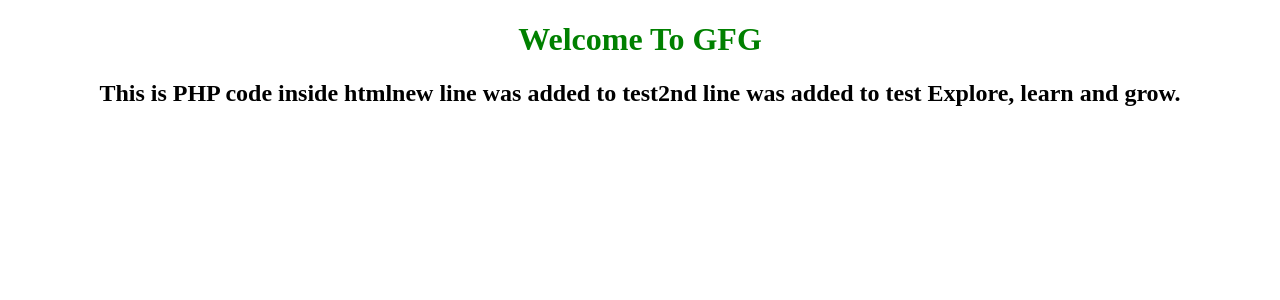
Repository: Ashwin1510/php_projectgh
Page: http://localhost/example.php
An editor plug-in stored every save of this project. The page is shown before and after the next save, followed by the edit.
The browser window is 1280 px wide. The pictures show the whole page.
The page is run by PHP 8.4 with error messages shown; the project is at /var/www/html/.

Above is the page before, as saved 2022-12-14 11:10:16.

After the next save:
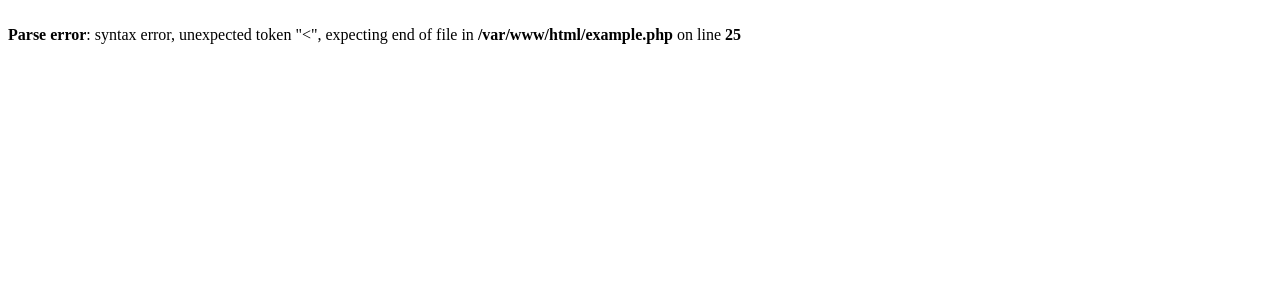
Saved 7 s later.
--- a/example.php
+++ b/example.php
@@ -22,7 +22,7 @@
 			?>
 
            <?php
-
+		      <h1
 		     echo 'Explore, learn and grow.'
 		     ?>
 		   </p>
